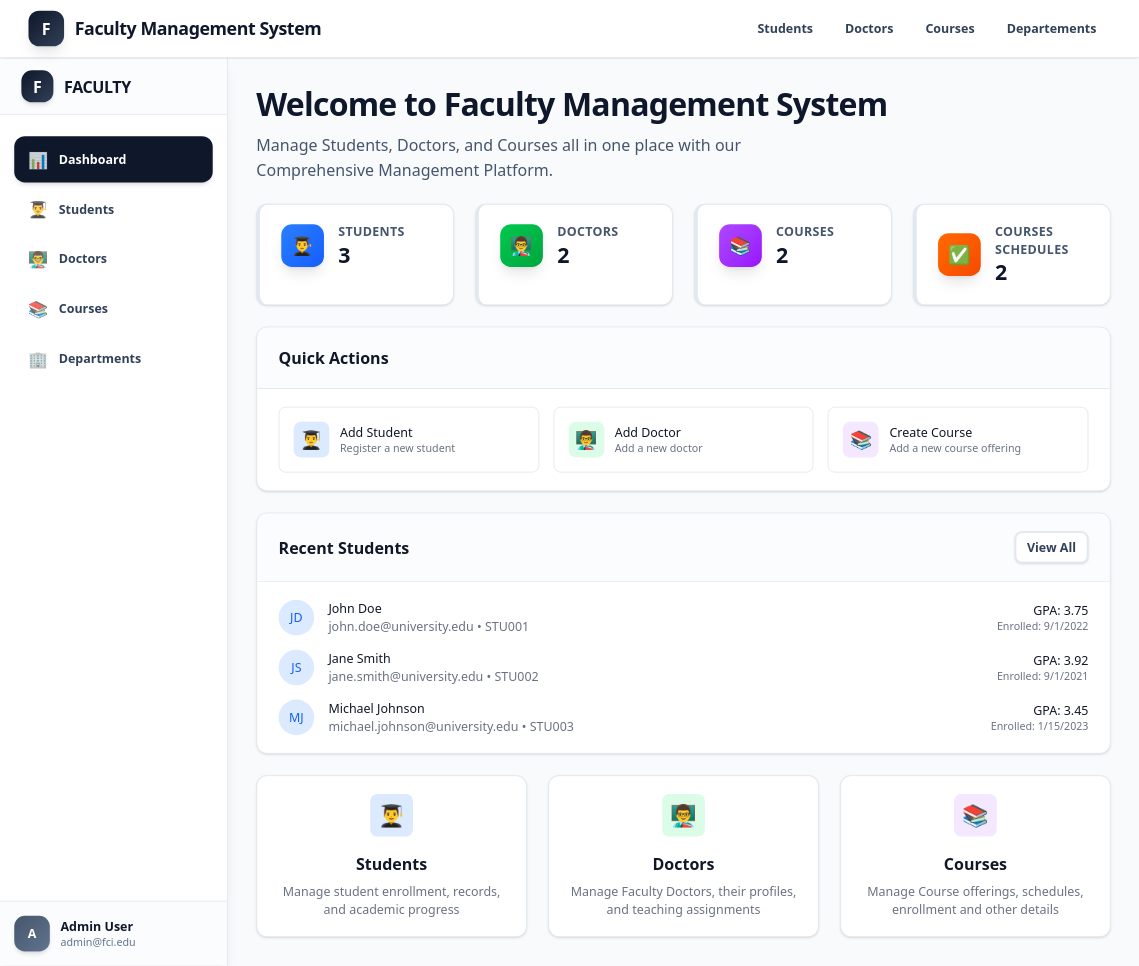
Repository: Mohamedmohsen179/Advanced-DB-Task
Page: / (app in frontend/)
These files come from the project's save history. The page is drawn as it stood at one moment and after the next save; the edit follows.
The browser window is 1280 px wide. The pictures show the whole page, at 89% of full size.
The project was rebuilt for these pictures with package versions that can differ from the ones it lists, and the page was loaded fresh each time. The framework's server and built-in components were replaced by stand-ins that run in the browser. Settings that the repository does not hold, such as keys and server addresses, were given made-up values. Also part of the build but not shown: frontend/next.config.ts.

Above is the page before, as saved 2025-11-29 02:04:10.

### frontend/app/layout.tsx
import type { Metadata } from "next";
import { Geist, Geist_Mono } from "next/font/google";
import "./globals.css";
import MainLayout from "../components/layout/MainLayout";

const geistSans = Geist({
  variable: "--font-geist-sans",
  subsets: ["latin"],
});

const geistMono = Geist_Mono({
  variable: "--font-geist-mono",
  subsets: ["latin"],
});

export const metadata: Metadata = {
  title: "University Management System",
  description: "A comprehensive university management system built with Next.js and TypeScript",
};

export default function RootLayout({
  children,
}: Readonly<{
  children: React.ReactNode;
}>) {
  return (
    <html lang="en">
      <body
        className={`${geistSans.variable} ${geistMono.variable} antialiased`}
      >
        <MainLayout>{children}</MainLayout>
      </body>
    </html>
  );
}

### frontend/app/page.tsx
'use client';

import { useState, useEffect } from 'react';
import Link from 'next/link';
import { Student, CourseWithSchedule } from '../types';
import { apiService } from '../services/api';
import { Card, CardContent, CardHeader } from '../components/ui/Card';
import Button from '../components/ui/Button';

export default function Home() {
  const [stats, setStats] = useState({
    studentsCount: 0,
    doctorsCount: 0,
    coursesCount: 0,
    activeCoursesCount: 0,
  });
  const [recentStudents, setRecentStudents] = useState<Student[]>([]);
  const [loading, setLoading] = useState(true);

  useEffect(() => {
    loadDashboardData();
  }, []);

  const loadDashboardData = async () => {
    try {
      setLoading(true);

      // Load all data in parallel
      const [studentsResponse, doctorsResponse, coursesResponse] = await Promise.all([
        apiService.getStudents(),
        apiService.getDoctors(),
        apiService.getCourses(),
      ]);

      if (studentsResponse.success && doctorsResponse.success && coursesResponse.success) {
        setStats({
          studentsCount: studentsResponse.data.length,
          doctorsCount: doctorsResponse.data.length,
          coursesCount: coursesResponse.data.length,
          activeCoursesCount: coursesResponse.data.filter((course: CourseWithSchedule) => course.status === 'active').length,
        });

        // Get recent students (last 3)
        setRecentStudents(studentsResponse.data.slice(0, 3));
      }
    } catch (err) {
      console.error('Error loading dashboard data:', err);
    } finally {
      setLoading(false);
    }
  };

  if (loading) {
    return (
      <div className="flex items-center justify-center py-12">
        <div className="animate-spin rounded-full h-8 w-8 border-b-2 border-blue-600"></div>
        <span className="ml-2 text-gray-600">Loading dashboard...</span>
      </div>
    );
  }

  return (
    <div className="space-y-6">
      {/* Welcome Header */}
      <div className="text-center lg:text-left">
        <h1 className="text-4xl font-bold text-slate-900 tracking-tight">Welcome to Faculty Management System</h1>
        <p className="mt-3 text-lg text-slate-600 max-w-2xl">
          Manage Students, Doctors, and Courses all in one place with our Comprehensive Management Platform.
        </p>
      </div>

      {/* Stats Cards */}
      <div className="grid grid-cols-1 md:grid-cols-2 lg:grid-cols-4 gap-6">
        <Card className="hover:shadow-lg transition-all duration-300 border-l-4 border-l-blue-500">
          <CardContent className="p-6">
            <div className="flex items-center">
              <div className="flex-shrink-0">
                <div className="w-12 h-12 bg-gradient-to-br from-blue-500 to-blue-600 rounded-xl flex items-center justify-center shadow-lg">
                  <span className="text-white text-xl">👨‍🎓</span>
                </div>
              </div>
              <div className="ml-4">
                <p className="text-sm font-semibold text-slate-600 uppercase tracking-wide">Students</p>
                <p className="text-2xl font-bold text-slate-900">{stats.studentsCount}</p>
              </div>
            </div>
          </CardContent>
        </Card>

        <Card className="hover:shadow-lg transition-all duration-300 border-l-4 border-l-green-500">
          <CardContent className="p-6">
            <div className="flex items-center">
              <div className="flex-shrink-0">
                <div className="w-12 h-12 bg-gradient-to-br from-green-500 to-green-600 rounded-xl flex items-center justify-center shadow-lg">
                  <span className="text-white text-xl">👨‍🏫</span>
                </div>
              </div>
              <div className="ml-4">
                <p className="text-sm font-semibold text-slate-600 uppercase tracking-wide">Doctors</p>
                <p className="text-2xl font-bold text-slate-900">{stats.doctorsCount}</p>
              </div>
            </div>
          </CardContent>
        </Card>

        <Card className="hover:shadow-lg transition-all duration-300 border-l-4 border-l-purple-500">
          <CardContent className="p-6">
            <div className="flex items-center">
              <div className="flex-shrink-0">
                <div className="w-12 h-12 bg-gradient-to-br from-purple-500 to-purple-600 rounded-xl flex items-center justify-center shadow-lg">
                  <span className="text-white text-xl">📚</span>
                </div>
              </div>
              <div className="ml-4">
                <p className="text-sm font-semibold text-slate-600 uppercase tracking-wide">Courses</p>
                <p className="text-2xl font-bold text-slate-900">{stats.coursesCount}</p>
              </div>
            </div>
          </CardContent>
        </Card>

        <Card className="hover:shadow-lg transition-all duration-300 border-l-4 border-l-orange-500">
          <CardContent className="p-6">
            <div className="flex items-center">
              <div className="flex-shrink-0">
                <div className="w-12 h-12 bg-gradient-to-br from-orange-500 to-orange-600 rounded-xl flex items-center justify-center shadow-lg">
                  <span className="text-white text-xl">✅</span>
                </div>
              </div>
              <div className="ml-4">
                <p className="text-sm font-semibold text-slate-600 uppercase tracking-wide">Courses Schedules</p>
                <p className="text-2xl font-bold text-slate-900">{stats.activeCoursesCount}</p>
              </div>
            </div>
          </CardContent>
        </Card>
      </div>

      {/* Quick Actions */}
      <Card>
        <CardHeader>
          <h2 className="text-lg font-semibold text-gray-900 ">Quick Actions</h2>
        </CardHeader>
        <CardContent>
          <div className="grid grid-cols-1 md:grid-cols-3 gap-4 ">
            <Link href="/students/new">
              <div className="p-4 border border-gray-200 rounded-lg hover:bg-gray-50 transition-colors cursor-pointer">
                <div className="flex items-center">
                  <div className="w-10 h-10 bg-blue-100 rounded-lg flex items-center justify-center">
                    <span className="text-blue-600 text-xl " >👨‍🎓</span>
                  </div>
                  <div className="ml-3">
                    <h3 className="text-sm font-medium text-gray-900">Add Student</h3>
                    <p className="text-xs text-gray-500">Register a new student</p>
                  </div>
                </div>
              </div>
            </Link>

            <Link href="/doctors/new">
              <div className="p-4 border border-gray-200 rounded-lg hover:bg-gray-50 transition-colors cursor-pointer">
                <div className="flex items-center">
                  <div className="w-10 h-10 bg-green-100 rounded-lg flex items-center justify-center">
                    <span className="text-green-600 text-xl">👨‍🏫</span>
                  </div>
                  <div className="ml-3">
                    <h3 className="text-sm font-medium text-gray-900">Add Doctor</h3>
                    <p className="text-xs text-gray-500">Add a new doctor</p>
                  </div>
                </div>
              </div>
            </Link>

            <Link href="/courses/new">
              <div className="p-4 border border-gray-200 rounded-lg hover:bg-gray-50 transition-colors cursor-pointer">
                <div className="flex items-center">
                  <div className="w-10 h-10 bg-purple-100 rounded-lg flex items-center justify-center">
                    <span className="text-purple-600 text-xl">📚</span>
                  </div>
                  <div className="ml-3">
                    <h3 className="text-sm font-medium text-gray-900">Create Course</h3>
                    <p className="text-xs text-gray-500">Add a new course offering</p>
                  </div>
                </div>
              </div>
            </Link>
          </div>
        </CardContent>
      </Card>

      {/* Recent Students */}
      {recentStudents.length > 0 && (
        <Card>
          <CardHeader>
            <div className="flex items-center justify-between">
              <h2 className="text-lg font-semibold text-gray-900">Recent Students</h2>
              <Link href="/students">
                <Button variant="outline" size="sm">View All</Button>
              </Link>
            </div>
          </CardHeader>
          <CardContent>
            <div className="space-y-4">
              {recentStudents.map((student) => (
                <div key={student.id} className="flex items-center justify-between">
                  <div className="flex items-center">
                    <div className="flex-shrink-0 h-10 w-10">
                      <div className="h-10 w-10 rounded-full bg-blue-100 flex items-center justify-center">
                        <span className="text-blue-600 font-medium text-sm">
                          {student.firstName.charAt(0)}{student.lastName.charAt(0)}
                        </span>
                      </div>
                    </div>
                    <div className="ml-4">
                      <div className="text-sm font-medium text-gray-900">
                        {student.firstName} {student.lastName}
                      </div>
                      <div className="text-sm text-gray-500">
                        {student.email} • {student.studentId}
                      </div>
                    </div>
                  </div>
                  <div className="text-right">
                    <div className="text-sm text-gray-900">
                      {student.gpa ? `GPA: ${student.gpa.toFixed(2)}` : 'No GPA'}
                    </div>
                    <div className="text-xs text-gray-500">
                      Enrolled: {new Date(student.enrollmentDate).toLocaleDateString()}
                    </div>
                  </div>
                </div>
              ))}
            </div>
          </CardContent>
        </Card>
      )}

      {/* Navigation Cards */}
      <div className="grid grid-cols-1 md:grid-cols-3 gap-6">
        <Link href="/students">
          <Card className="hover:shadow-md transition-shadow cursor-pointer">
            <CardContent className="p-6 text-center">
              <div className="w-12 h-12 bg-blue-100 rounded-lg flex items-center justify-center mx-auto mb-4">
                <span className="text-blue-600 text-2xl">👨‍🎓</span>
              </div>
              <h3 className="text-lg font-semibold text-gray-900 mb-2">Students</h3>
              <p className="text-sm text-gray-500">
                Manage student enrollment, records, and academic progress
              </p>
            </CardContent>
          </Card>
        </Link>

        <Link href="/doctors">
          <Card className="hover:shadow-md transition-shadow cursor-pointer">
            <CardContent className="p-6 text-center">
              <div className="w-12 h-12 bg-green-100 rounded-lg flex items-center justify-center mx-auto mb-4">
                <span className="text-green-600 text-2xl">👨‍🏫</span>
              </div>
              <h3 className="text-lg font-semibold text-gray-900 mb-2">Doctors</h3>
              <p className="text-sm text-gray-500">
                Manage Faculty Doctors, their profiles, and teaching assignments
              </p>
            </CardContent>
          </Card>
        </Link>

        <Link href="/courses">
          <Card className="hover:shadow-md transition-shadow cursor-pointer">
            <CardContent className="p-6 text-center">
              <div className="w-12 h-12 bg-purple-100 rounded-lg flex items-center justify-center mx-auto mb-4">
                <span className="text-purple-600 text-2xl">📚</span>
              </div>
              <h3 className="text-lg font-semibold text-gray-900 mb-2">Courses</h3>
              <p className="text-sm text-gray-500">
                Manage Course offerings, schedules, enrollment and other details
              </p>
            </CardContent>
          </Card>
        </Link>
      </div>
    </div>
  );
}

### frontend/app/globals.css
@import "tailwindcss";

:root {
  --background: #fafafa;
  --foreground: #0f172a;
  --primary: #2563eb;
  --primary-foreground: #ffffff;
  --secondary: #f1f5f9;
  --secondary-foreground: #334155;
  --muted: #f8fafc;
  --muted-foreground: #64748b;
  --accent: #f1f5f9;
  --accent-foreground: #0f172a;
  --border: #e2e8f0;
  --input: #ffffff;
  --ring: #2563eb;
  --radius: 0.5rem;
}

@theme inline {
  --color-background: var(--background);
  --color-foreground: var(--foreground);
  --font-sans: var(--font-geist-sans);
  --font-mono: var(--font-geist-mono);
}

@media (prefers-color-scheme: dark) {
  :root {
    --background: #020617;
    --foreground: #f8fafc;
    --primary: #3b82f6;
    --primary-foreground: #f8fafc;
    --secondary: #1e293b;
    --secondary-foreground: #f8fafc;
    --muted: #1e293b;
    --muted-foreground: #94a3b8;
    --accent: #1e293b;
    --accent-foreground: #f8fafc;
    --border: #334155;
    --input: #1e293b;
    --ring: #3b82f6;
  }
}

* {
  border-color: var(--border);
}

body {
  background: var(--background);
  color: var(--foreground);
  font-family: var(--font-sans), system-ui, -apple-system, sans-serif;
  line-height: 1.6;
  -webkit-font-smoothing: antialiased;
  -moz-osx-font-smoothing: grayscale;
}

::-webkit-scrollbar {
  width: 8px;
  height: 8px;
}

::-webkit-scrollbar-track {
  background: var(--muted);
}

::-webkit-scrollbar-thumb {
  background: var(--muted-foreground);
  border-radius: 4px;
}

::-webkit-scrollbar-thumb:hover {
  background: var(--foreground);
}

/* Focus styles */
.focus-visible {
  outline: 2px solid var(--ring);
  outline-offset: 2px;
}

/* Professional shadows */
.shadow-professional {
  box-shadow: 0 1px 3px 0 rgb(0 0 0 / 0.1), 0 1px 2px -1px rgb(0 0 0 / 0.1);
}

.shadow-professional-lg {
  box-shadow: 0 10px 15px -3px rgb(0 0 0 / 0.1), 0 4px 6px -4px rgb(0 0 0 / 0.1);
}

### frontend/components/layout/MainLayout.tsx
'use client';

import { useState } from 'react';
import Navbar from './Navbar';
import Sidebar from './Sidebar';

interface MainLayoutProps {
  children: React.ReactNode;
}

export default function MainLayout({ children }: MainLayoutProps) {
  const [sidebarOpen, setSidebarOpen] = useState(false);

  return (
    <div className="min-h-screen bg-slate-50">
      <Navbar />

      <div className="flex">
        <Sidebar
          isOpen={sidebarOpen}
          onClose={() => setSidebarOpen(false)}
        />

        <div className="flex-1 lg:ml-0">
          <div className="lg:hidden">
            <button
              onClick={() => setSidebarOpen(true)}
              className="fixed top-20 left-4 z-10 bg-white p-3 rounded-xl shadow-professional border border-slate-200 hover:shadow-professional-lg transition-all duration-200"
            >
              <svg className="w-5 h-5 text-slate-600" fill="none" stroke="currentColor" viewBox="0 0 24 24">
                <path strokeLinecap="round" strokeLinejoin="round" strokeWidth={2} d="M4 6h16M4 12h16M4 18h16" />
              </svg>
            </button>
          </div>

          <main className="p-6 lg:p-8">
            <div className="max-w-7xl mx-auto">
              {children}
            </div>
          </main>
        </div>
      </div>
    </div>
  );
}

### frontend/components/ui/Card.tsx
import { HTMLAttributes, forwardRef } from 'react';

interface CardProps extends HTMLAttributes<HTMLDivElement> {
  children: React.ReactNode;
}

const Card = forwardRef<HTMLDivElement, CardProps>(
  ({ className = '', children, ...props }, ref) => {
    return (
      <div
        ref={ref}
        className={`bg-white rounded-xl border border-slate-200 shadow-professional hover:shadow-professional-lg transition-shadow duration-200 ${className}`}
        {...props}
      >
        {children}
      </div>
    );
  }
);

Card.displayName = 'Card';

interface CardHeaderProps extends HTMLAttributes<HTMLDivElement> {
  children: React.ReactNode;
}

const CardHeader = forwardRef<HTMLDivElement, CardHeaderProps>(
  ({ className = '', children, ...props }, ref) => {
    return (
      <div
        ref={ref}
        className={`px-6 py-5 border-b border-slate-200 bg-slate-50/50 rounded-t-xl ${className}`}
        {...props}
      >
        {children}
      </div>
    );
  }
);

CardHeader.displayName = 'CardHeader';

interface CardContentProps extends HTMLAttributes<HTMLDivElement> {
  children: React.ReactNode;
}

const CardContent = forwardRef<HTMLDivElement, CardContentProps>(
  ({ className = '', children, ...props }, ref) => {
    return (
      <div
        ref={ref}
        className={`px-6 py-5 ${className}`}
        {...props}
      >
        {children}
      </div>
    );
  }
);

CardContent.displayName = 'CardContent';

interface CardFooterProps extends HTMLAttributes<HTMLDivElement> {
  children: React.ReactNode;
}

const CardFooter = forwardRef<HTMLDivElement, CardFooterProps>(
  ({ className = '', children, ...props }, ref) => {
    return (
      <div
        ref={ref}
        className={`px-6 py-5 border-t border-slate-200 bg-slate-50 rounded-b-xl ${className}`}
        {...props}
      >
        {children}
      </div>
    );
  }
);

CardFooter.displayName = 'CardFooter';

export { Card, CardHeader, CardContent, CardFooter };

### frontend/components/ui/Button.tsx
import { ButtonHTMLAttributes, forwardRef } from 'react';

interface ButtonProps extends ButtonHTMLAttributes<HTMLButtonElement> {
  variant?: 'primary' | 'secondary' | 'danger' | 'outline';
  size?: 'sm' | 'md' | 'lg';
  loading?: boolean;
}

const Button = forwardRef<HTMLButtonElement, ButtonProps>(
  ({ className = '', variant = 'primary', size = 'md', loading = false, children, disabled, ...props }, ref) => {
    const baseClasses = 'inline-flex items-center justify-center font-semibold rounded-lg transition-all duration-200 focus:outline-none focus:ring-2 focus:ring-offset-2 disabled:opacity-50 disabled:cursor-not-allowed shadow-sm hover:shadow-md active:scale-[0.98]';

    const variantClasses = {
      primary: 'bg-slate-900 text-white hover:bg-slate-800 focus:ring-slate-500 border border-slate-900',
      secondary: 'bg-slate-100 text-slate-900 hover:bg-slate-200 focus:ring-slate-500 border border-slate-200',
      danger: 'bg-red-600 text-white hover:bg-red-700 focus:ring-red-500 border border-red-600',
      outline: 'border-2 border-slate-300 text-slate-700 bg-white hover:bg-slate-50 hover:border-slate-400 focus:ring-slate-500',
    };

    const sizeClasses = {
      sm: 'px-3 py-2 text-sm h-9',
      md: 'px-4 py-2.5 text-sm h-10',
      lg: 'px-6 py-3 text-base h-12',
    };

    return (
      <button
        ref={ref}
        className={`${baseClasses} ${variantClasses[variant]} ${sizeClasses[size]} ${className}`}
        disabled={disabled || loading}
        {...props}
      >
        {loading && (
          <svg className="animate-spin -ml-1 mr-2 h-4 w-4" fill="none" viewBox="0 0 24 24">
            <circle className="opacity-25" cx="12" cy="12" r="10" stroke="currentColor" strokeWidth="4" />
            <path className="opacity-75" fill="currentColor" d="M4 12a8 8 0 018-8V0C5.373 0 0 5.373 0 12h4zm2 5.291A7.962 7.962 0 014 12H0c0 3.042 1.135 5.824 3 7.938l3-2.647z" />
          </svg>
        )}
        {children}
      </button>
    );
  }
);

Button.displayName = 'Button';

export default Button;

Loaded but not shown: frontend/services/api.ts (635 lines, source omitted); frontend/components/layout/Sidebar.tsx (152 lines, source omitted); frontend/components/layout/Navbar.tsx (109 lines, source omitted)

After the next save:
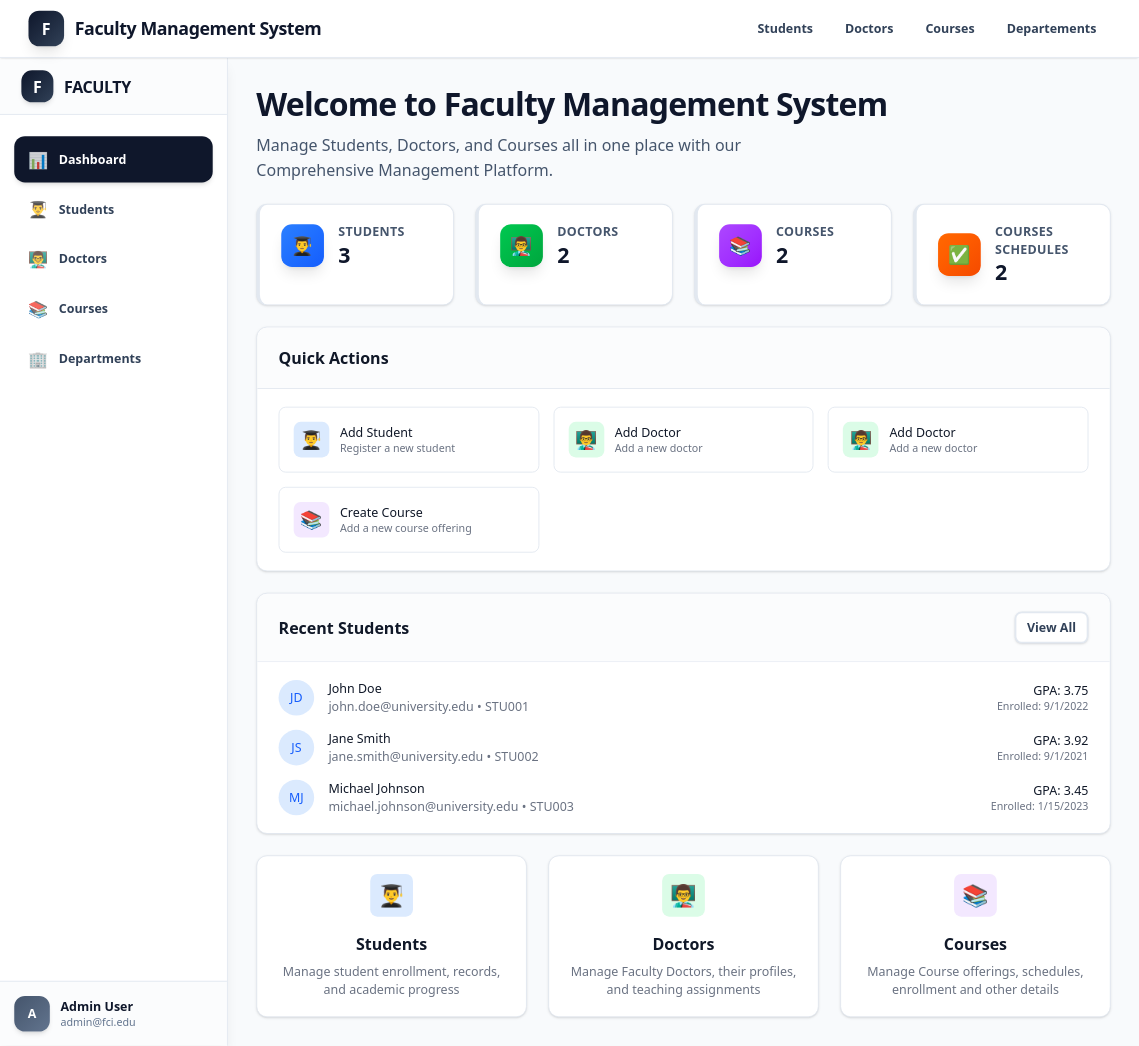
Saved 11 min 40 s later.
--- a/frontend/app/page.tsx
+++ b/frontend/app/page.tsx
@@ -152,6 +152,20 @@ export default function Home() {
                   <div className="ml-3">
                     <h3 className="text-sm font-medium text-gray-900">Add Student</h3>
                     <p className="text-xs text-gray-500">Register a new student</p>
+                  </div>
+                </div>
+              </div>
+            </Link>
+
+            <Link href="/doctors/new">
+              <div className="p-4 border border-gray-200 rounded-lg hover:bg-gray-50 transition-colors cursor-pointer">
+                <div className="flex items-center">
+                  <div className="w-10 h-10 bg-green-100 rounded-lg flex items-center justify-center">
+                    <span className="text-green-600 text-xl">👨‍🏫</span>
+                  </div>
+                  <div className="ml-3">
+                    <h3 className="text-sm font-medium text-gray-900">Add Doctor</h3>
+                    <p className="text-xs text-gray-500">Add a new doctor</p>
                   </div>
                 </div>
               </div>
